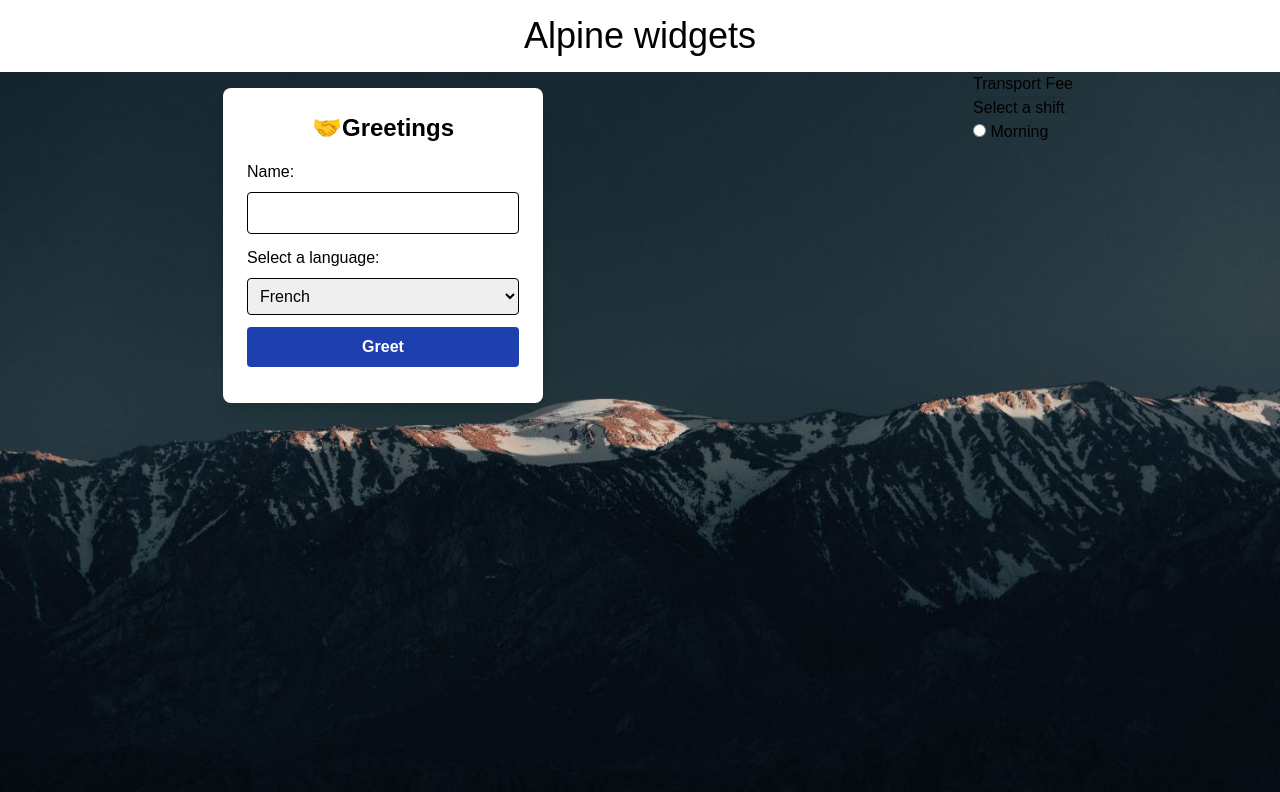
Repository: lasity34/alpine-bootcamp-widgets
Page: index.html
These files come from the project's save history. The page is drawn as it stood at one moment and after the next save; the edit follows.
The browser window is 1280 px wide. The pictures show the whole page.
Some web fonts or font styles are not loaded; a fallback is used. Some web libraries are served in a nearby version.

Above is the page before, as saved 2023-07-12 15:19:01.
Console error: ReferenceError: shift is not defined

After the next save:
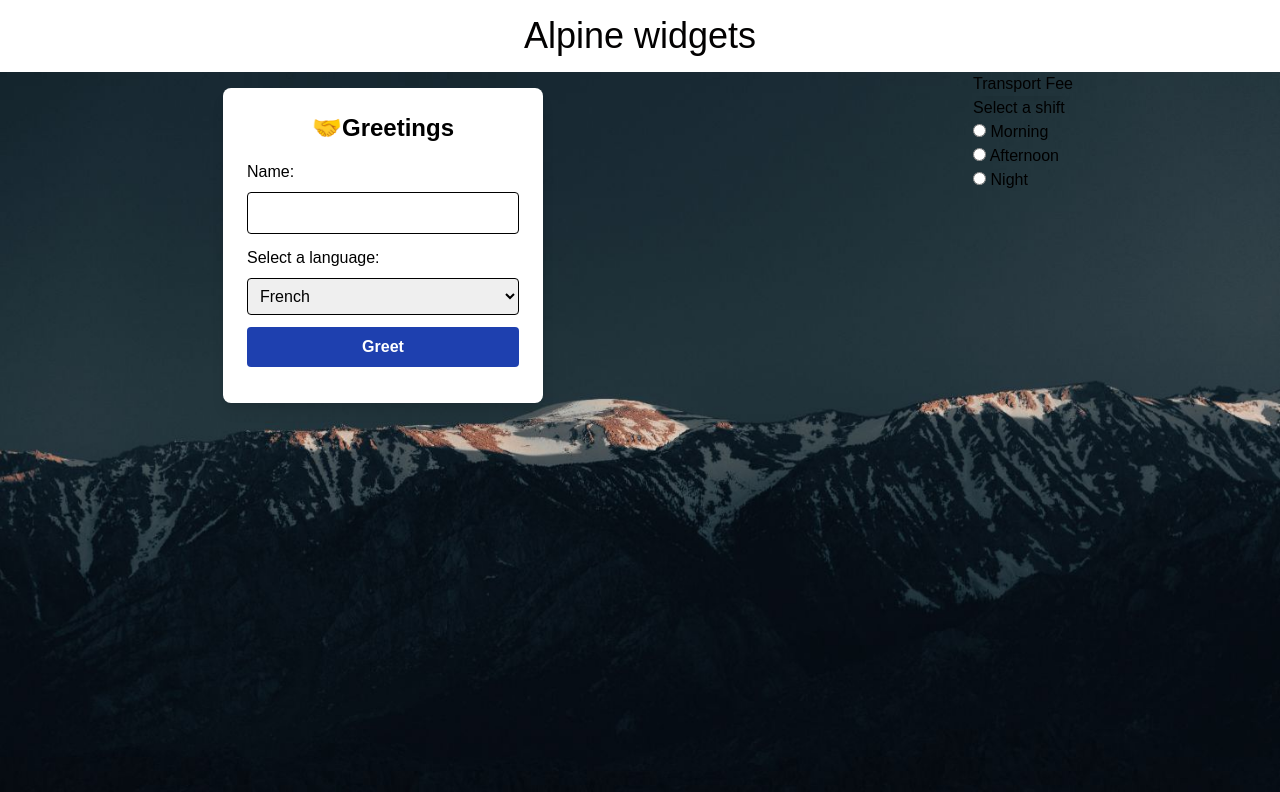
Saved 3 min 17 s later.
--- a/index.html
+++ b/index.html
@@ -74,6 +74,15 @@
 
         <input type="radio" id="morning" name="shift" x-model="shift" value="morning" />
         <label for="morning">Morning</label>
+        <br>
+
+        <input type="radio" id="afternoon" name="shift" x-model="shift" value="afternoon" />
+        <label for="afternoon">Afternoon</label>
+        <br>
+
+        <input type="radio" id="night" name="shift" x-model="shift" value="night" />
+        <label for="night">Night</label>
+
 
       </div>
     </div>
